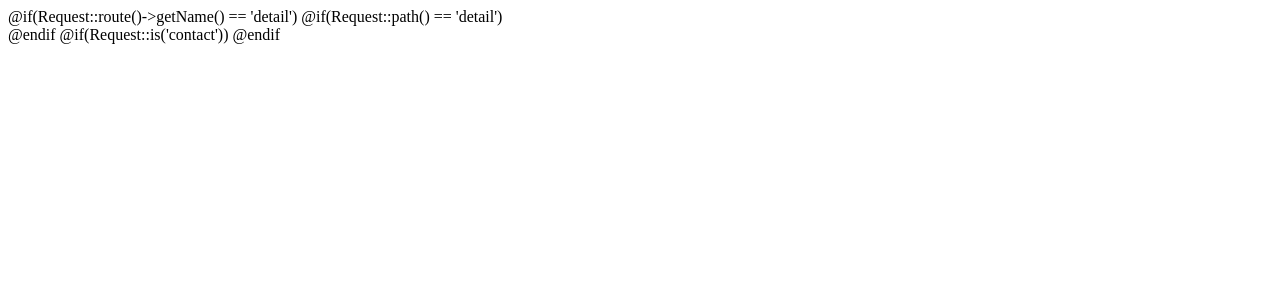
Repository: ultrasad/laravelnew
Page: resources/views/includes/foot.blade.php
An editor plug-in stored every save of this project. The page is shown before and after the next save, followed by the edit.
The browser window is 1280 px wide. The pictures show the whole page.
The page is served by the project's Laravel application, run on PHP 8.4 with Laravel 8.

Above is the page before, as saved 2019-08-23 18:29:54.
Console error: ReferenceError: app_id is not defined

### resources/views/includes/foot.blade.php
@if(Request::route()->getName() == 'detail')
@if(Request::path() == 'detail')
<div id="fb-root"></div>
<script>(function(d, s, id) {
  var js, fjs = d.getElementsByTagName(s)[0];
  if (d.getElementById(id)) return;
  js = d.createElement(s); js.id = id;
  js.src = "//connect.facebook.net/en_US/sdk.js#xfbml=1&version=v2.6&appId="+app_id;
  fjs.parentNode.insertBefore(js, fjs);
}(document, 'script', 'facebook-jssdk'));</script>

<script type="text/javascript">!function(d,s,id){var js,fjs=d.getElementsByTagName(s)[0],p=/^http:/.test(d.location)?'http':'https';if(!d.getElementById(id)){js=d.createElement(s);js.id=id;js.src=p+'://platform.twitter.com/widgets.js';fjs.parentNode.insertBefore(js,fjs);}}(document, 'script', 'twitter-wjs');</script>
@endif

@if(Request::is('contact'))
<script type="text/javascript" src="{{ URL::asset('assets/classie/classie.js') }}"></script>
@endif
<script type="text/javascript" src="{{ elixir('js/all.js') }}"></script>
<!--<script type="text/javascript" src="{{ elixir('js/scripts.js') }}"></script>-->
<script type="text/javascript" src="{{ URL::asset('assets/js/scripts.js?v=1.0.0') }}"></script>
<!--<script src="https://maps.googleapis.com/maps/api/js?callback=initialize&libraries=places" async defer></script>-->

<script type="text/javascript">
	$(document).ready(function() {
		var contdesc = $("#content-description");
		var contdescHTML = contdesc.html();
		var shortcodepattern = new RegExp(/\[(\w+)(\s(\w+)="(\w+)")+\]/, 'g');
		if(!contdescHTML){
			return;
		}

		var fndshortcode = contdescHTML.match(shortcodepattern);
		if( ( null !== fndshortcode ) && ( fndshortcode.length > 0 ) ){
			var shortcodetext = fndshortcode.join();
			$.ajax({
			  method: "POST",
			  url: "http://welovepro.com/utility/fbphotocode",
			  data: { shtcd: shortcodetext }
			})
			  .done(function( data ) {
				var rest = jQuery.parseJSON( data );
				if( rest.res == 'OK' && rest.data.length > 0 ){
					for(var lp=0; lp<rest.data.length; lp++){
						/* console.log( rest.data[lp].key );
						console.log( rest.data[lp].rpl ); */
						contdescHTML = contdescHTML.replace( rest.data[lp].key, rest.data[lp].rpl );
					}
				contdesc.html( contdescHTML );
				}
			  });
		}
	});
</script>

<!--- GoogleAnalytics --->
<script>
  (function(i,s,o,g,r,a,m){i['GoogleAnalyticsObject']=r;i[r]=i[r]||function(){
  (i[r].q=i[r].q||[]).push(arguments)},i[r].l=1*new Date();a=s.createElement(o),
  m=s.getElementsByTagName(o)[0];a.async=1;a.src=g;m.parentNode.insertBefore(a,m)
  })(window,document,'script','https://www.google-analytics.com/analytics.js','ga');

  ga('create', 'UA-7620437-1', 'auto');
  ga('send', 'pageview');

</script>

After the next save:
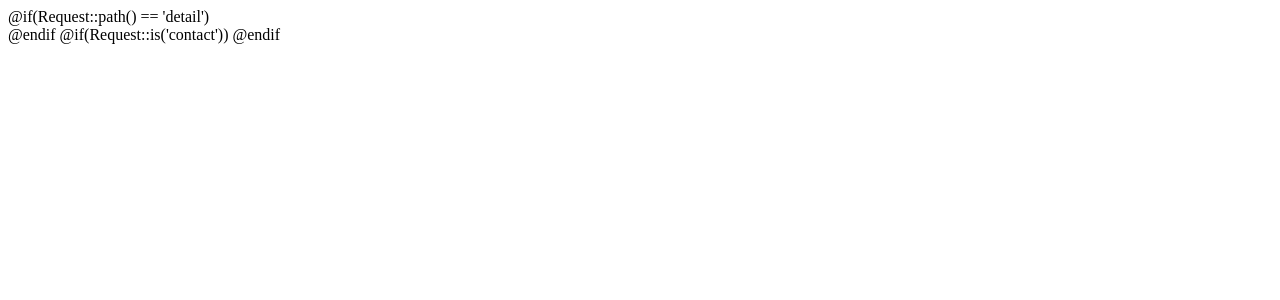
Saved 6 s later.
--- a/resources/views/includes/foot.blade.php
+++ b/resources/views/includes/foot.blade.php
@@ -1,4 +1,3 @@
-@if(Request::route()->getName() == 'detail')
 @if(Request::path() == 'detail')
 <div id="fb-root"></div>
 <script>(function(d, s, id) {
